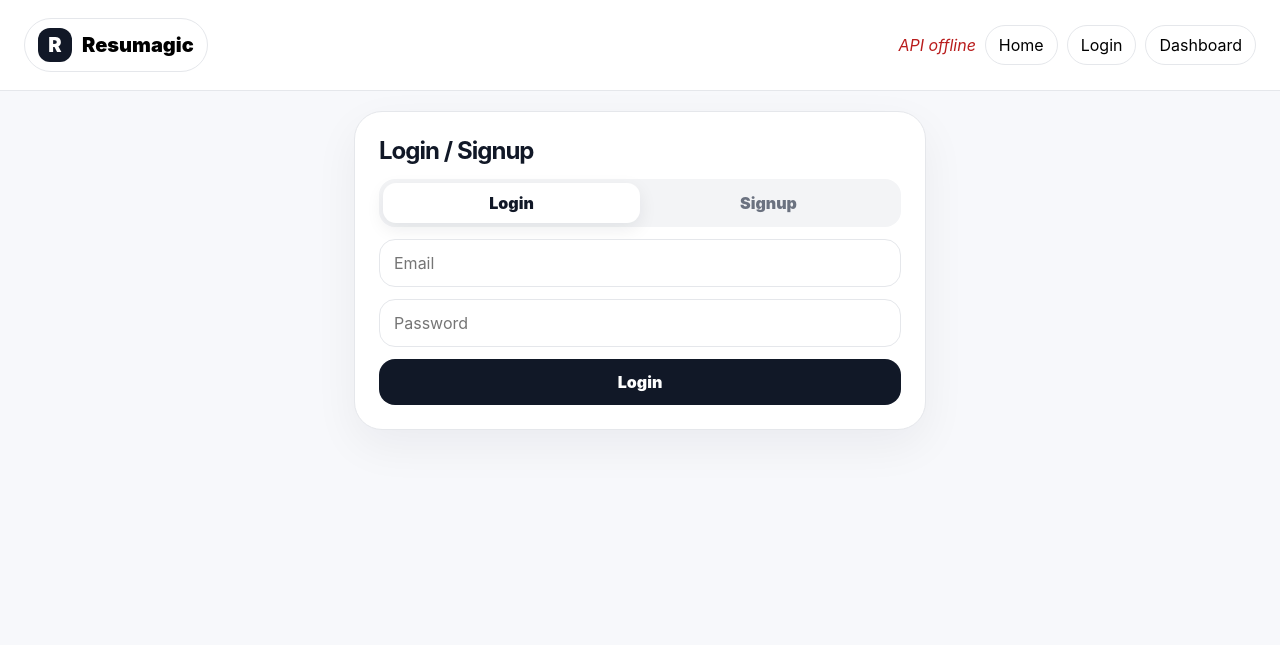
Repository: hkpark97/resume_builder
Page: / (app in frontend/), after clicking the first element matching `div > :nth-child(3)`
These files come from the project's save history. The page is drawn as it stood at one moment and after a run of saves; the edit follows.
The browser window is 1280 px wide. The pictures show the whole page.
The page's requests for data from a server got no answer. The project was rebuilt for these pictures with package versions that can differ from the ones it lists, and the page was loaded fresh each time. No one was signed in, and anything a server would have sent is missing.

Above is the page before, as saved 2026-05-05 15:10:59.

After the next 2 saves:
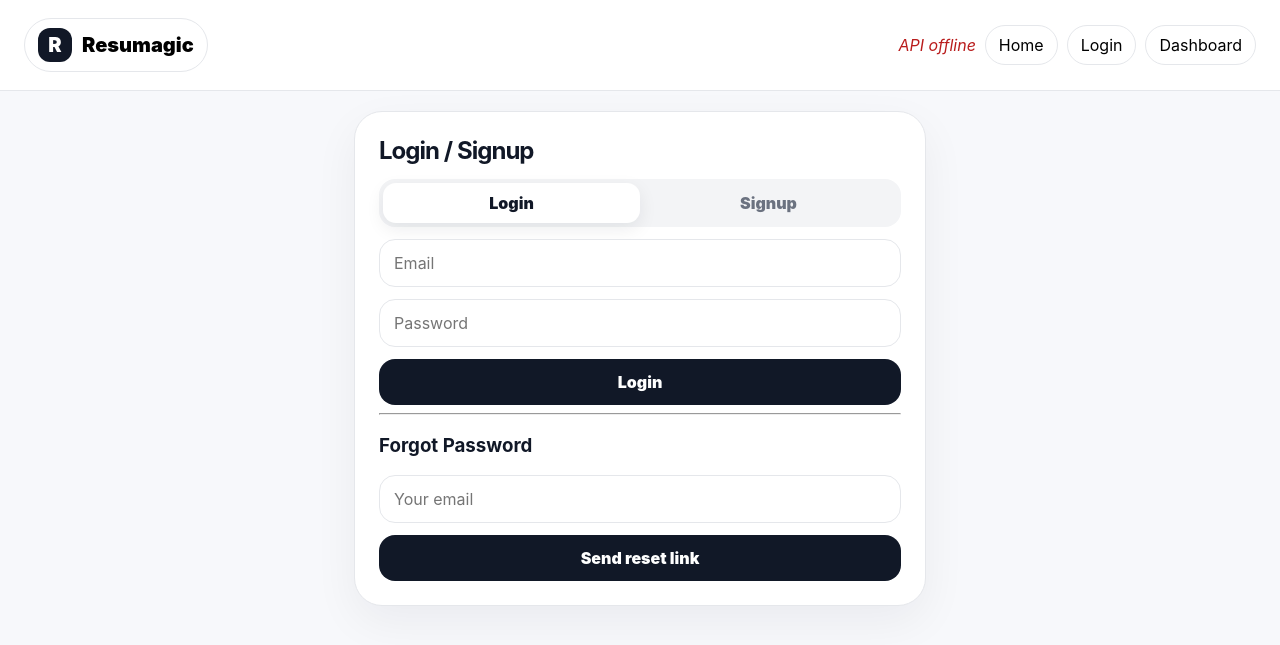
The 2 saves are shown as one change because they came seconds apart.
The last was saved 39 s later.
--- a/frontend/src/main.jsx
+++ b/frontend/src/main.jsx
@@ -491,57 +491,98 @@ function App() {
                 >
                   Dashboard
                 </button>
+
+                <hr />
+
+                <h3>Change Password</h3>
+
+                <form onSubmit={changePassword} className="form">
+                  <input
+                    type="password"
+                    placeholder="Current password"
+                    value={currentPassword}
+                    onChange={(e) => setCurrentPassword(e.target.value)}
+                  />
+
+                  <input
+                    type="password"
+                    placeholder="New password"
+                    value={changeNewPassword}
+                    onChange={(e) => setChangeNewPassword(e.target.value)}
+                  />
+
+                  <button className="primary">Change password</button>
+                </form>
               </>
             ) : (
-              <form onSubmit={handleAuth} className="form">
-                <div className="toggle">
-                  <button
-                    type="button"
-                    className={authMode === "login" ? "active" : ""}
-                    onClick={() => setAuthMode("login")}
-                  >
-                    Login
+              <>
+                <form onSubmit={handleAuth} className="form">
+                  <div className="toggle">
+                    <button
+                      type="button"
+                      className={authMode === "login" ? "active" : ""}
+                      onClick={() => setAuthMode("login")}
+                    >
+                      Login
+                    </button>
+
+                    <button
+                      type="button"
+                      className={authMode === "signup" ? "active" : ""}
+                      onClick={() => setAuthMode("signup")}
+                    >
+                      Signup
+                    </button>
+                  </div>
+
+                  {authMode === "signup" && (
+                    <input
+                      placeholder="Full name"
+                      value={auth.full_name}
+                      onChange={(e) =>
+                        setAuth({ ...auth, full_name: e.target.value })
+                      }
+                    />
+                  )}
+
+                  <input
+                    type="email"
+                    placeholder="Email"
+                    value={auth.email}
+                    onChange={(e) =>
+                      setAuth({ ...auth, email: e.target.value })
+                    }
+                  />
+
+                  <input
+                    type="password"
+                    placeholder="Password"
+                    value={auth.password}
+                    onChange={(e) =>
+                      setAuth({ ...auth, password: e.target.value })
+                    }
+                  />
+
+                  <button className="primary">
+                    {authMode === "signup" ? "Create account" : "Login"}
                   </button>
-
-                  <button
-                    type="button"
-                    className={authMode === "signup" ? "active" : ""}
-                    onClick={() => setAuthMode("signup")}
-                  >
-                    Signup
-                  </button>
-                </div>
-
-                {authMode === "signup" && (
-                  <input
-                    placeholder="Full name"
-                    value={auth.full_name}
-                    onChange={(e) =>
-                      setAuth({ ...auth, full_name: e.target.value })
-                    }
-                  />
-                )}
-
-                <input
-                  type="email"
-                  placeholder="Email"
-                  value={auth.email}
-                  onChange={(e) => setAuth({ ...auth, email: e.target.value })}
-                />
-
-                <input
-                  type="password"
-                  placeholder="Password"
-                  value={auth.password}
-                  onChange={(e) =>
-                    setAuth({ ...auth, password: e.target.value })
-                  }
-                />
-
-                <button className="primary">
-                  {authMode === "signup" ? "Create account" : "Login"}
-                </button>
-              </form>
+                </form>
+
+                <hr />
+
+                <h3>Forgot Password</h3>
+
+                <form onSubmit={requestPasswordReset} className="form">
+                  <input
+                    type="email"
+                    placeholder="Your email"
+                    value={resetEmail}
+                    onChange={(e) => setResetEmail(e.target.value)}
+                  />
+
+                  <button className="primary">Send reset link</button>
+                </form>
+              </>
             )}
           </section>
         </main>
